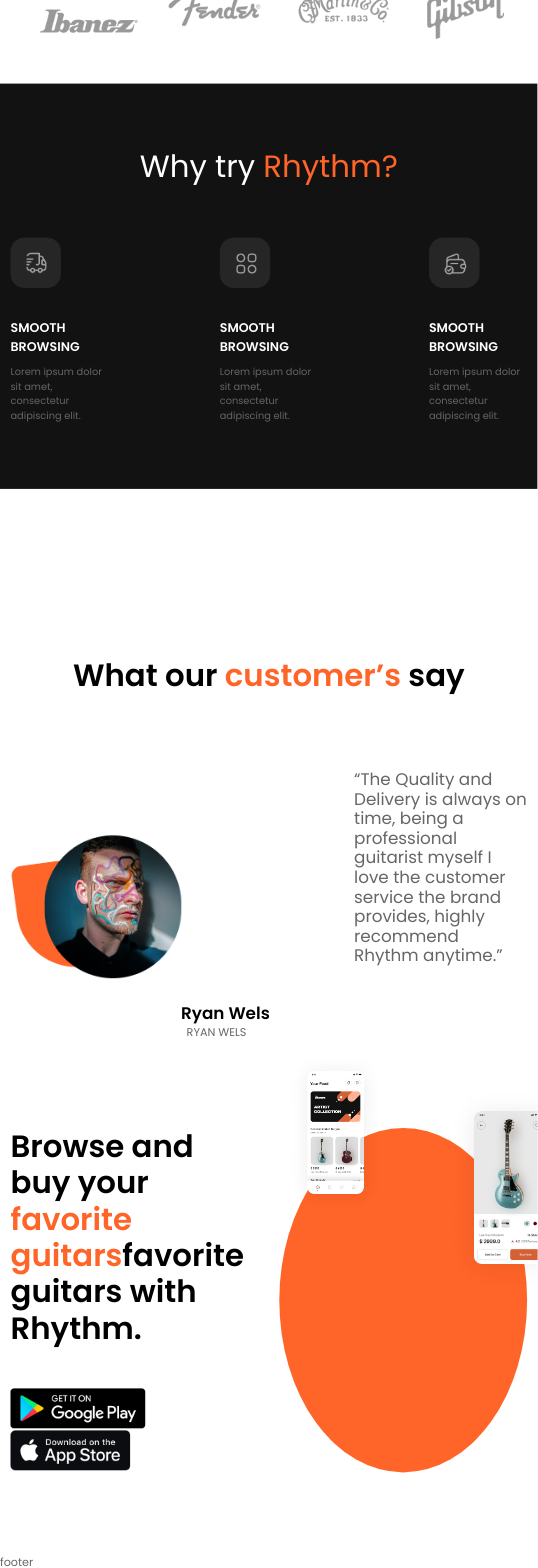
Repository: MorgunovaAlexandra/verstka-gitare-store
Page: index.html
An editor plug-in stored every save of this project. The page is shown before and after a run of saves, followed by the edit.
The browser window is 768 px wide. The pictures show the part of the page from y = 3388 to 5628 px (the page is 5628 px tall), at 70% of full size.

Above is the page before, as saved 2022-06-11 20:28:12.

### index.html
<!DOCTYPE html>
<html lang="en">
<head>
    <meta charset="UTF-8">
    <meta http-equiv="X-UA-Compatible" content="IE=edge">
    <meta name="viewport" content="width=device-width, initial-scale=1.0">
    <link rel="stylesheet" href="./style.css">
    <title>Document</title>
</head>
<body>
    <div class="wrapper">
        <header class="header">
            <div class="header__container _container">
                <a href="" class="header__logo">
                    <img src="./img/logo.svg" alt="">
                </a>
                <nav class="header__menu menu">
                    <ul class="menu__list">
                        <li class="menu__item">
                            <a href="" class="menu__link">Store</a>
                        </li>
                        <li class="menu__item">
                            <a href="" class="menu__link">Collections</a>
                        </li>
                        <li class="menu__item">
                            <a href="" class="menu__link">Support</a>
                        </li>
                    </ul>
                </nav>
            </div>
        </header>
        <main class="page">
            <section class="page__main main">
                <div class="main__container _container">
                    <div class="main__content">
                        <h1 class="main__title">Browse top quality <span>Guitars</span> online</h1>
                        <p class="main__text">Explore 50k+ latest collections of branded guitars online with Rhythm.</p>
                        <div class="main_actions actions-main">
                            <a href="" class="actions-main__button">Get the App</a>
                            <div class="actions-main__icon"><img src="./img/Group.png" alt="playMarket"></div>
                            <div class="actions-main__icon"><img src="./img/Apple logo.png" alt="apple"></div>
                        </div>
                    </div>
                    <div class="main_decor decor-main">
                        <div class="decor-main__image">
                            <img  src="./img/unsplash_H6j0Zsy91WY.png"alt="Main">
                        </div>
                    </div>
                </div>
            </section>
            <section class="page_store store">
               <div class="store_container _container">
                   <h2 class="store_title _title">
                    Check out the <span>Store</span>
                   </h2>
                   <div class="store__body body-store">
                       <div class="body-store__header">
                           <div class="body-store__title">NEW ON THE BOARD</div>
                           <a class="body-store__all">view all</a>
                       </div>
                       <div class="body-store__items">
                           <div class="body-store__item item">
                             <a href="" class="item__image">
                                 <img class="img-gitara" src="./img/1gitara.jpg" alt="gitare">
                             </a>
                             <div class="item__title">The Essential Les Paul</div>
                             <div class="item__price">$1,299.00</div>
                           </div>
                           <div class="body-store__item item">
                            <a href="" class="item__image">
                                <img  class="img-gitara" src="./img/2gitare.jpg" alt="gitare">
                            </a>
                            <div class="item__title">J-45 Standard</div>
                            <div class="item__price">$1,699.00</div>
                          </div>
                          <div class="body-store__item item">
                            <a href="" class="item__image">
                                <img  class="img-gitara" src="./img/3gitare.jpg" alt="gitare">
                            </a>
                            <div class="item__title">Hummingbird Standard</div>
                            <div class="item__price">$2,099.00</div>
                          </div>

                       </div>
                    <div class="body-store__header he">
                        <div class="body-store__title">TOP SELLING</div>
                        <a class="body-store__all">view all</a>
                    </div>
                       <div class="body-store__items">
                        <div class="body-store__item item">
                            <a href="" class="item__image">
                                <img class="img-gitara" src="./img/4gitare.jpg" alt="gitare">
                            </a>
                            <div class="item__title">Active Precision Bass® PH V</div>
                            <div class="item__price">$4,199.00</div>
                        </div>
                        <div class="body-store__item item">
                            <a href="" class="item__image">
                                <img class="img-gitara" src="./img/5gitare.jpg" alt="gitare">
                            </a>
                            <div class="item__title">Redondo Special</div>
                            <div class="item__price">$2,800.00</div>
                        </div>
                        <div class="body-store__item item">
                            <a href="" class="item__image">
                                <img class="img-gitara" src="./img/6gitare.jpg" alt="gitare">
                            </a>
                            <div class="item__title">Professional II Stratocaster®</div>
                            <div class="item__price">$3,199.00</div>
                        </div>
                      </div>
                   </div>
               </div>
            </section>
            <section class="page_categories categories">
              <div class="categories__container _container">
                <h2 class="categories__title _title">
                    Choose based on <span>Categories</span>
                </h2>
                <div class="categories__items">
                   <div class="categories__item item">

                       <img class="item__img" src="./img/categories/Rectangle 139.jpg">
                        <h2 class="item__titlee ">Acoustic</h2>
                   </div>
                   <div class="categories__item item">
                    <img class="item__img" src="./img/categories/Rectangle 140.jpg">
                     <h2 class="item__titlee">Acoustic</h2>
                </div>
                <div class="categories__item item">
                    <img class="item__img" src="./img/categories/Rectangle 141.jpg">
                     <h2 class="item__titlee">Acoustic</h2>
                </div>
                <div class="categories__item item">
                    <img class="item__img" src="./img/categories/Rectangle 142.jpg">
                     <h2 class="item__titlee">Acoustic</h2>
                </div>
                </div>
              </div>

            </section>
            <section class="page__brand brand">
                <div class="brand__container _container">
                    <h2 class="brand__title _title">Featuring the <span>Best Brands</span></h2>

                <div class="brand__items">
                   <div class="brand__item item">
                      <img src="./img/brand/Frame.jpg" alt="brand">
                   </div>
                  <div class="brand__item item">
                    <img src="./img/brand/Group.jpg" alt="brand">
                  </div>
                  <div class="brand__item item">
                    <img src="./img/brand/Group.png" alt="brand">
                  </div>
                  <div class="brand__item item">
                    <img src="./img/brand/Group — копия.png" alt="brand">
                  </div>
                  <div class="brand__item item">
                    <img src="./img/brand/image 3.png" alt="brand">
                  </div>
                  <div class="brand__item item">
                    <img src="./img/brand/image 4.png" alt="brand">
                  </div>
                  <div class="brand__item item">
                    <img src="./img/brand/image 6.png" alt="brand">
                  </div>
                  <div class="brand__item item">
                    <img src="./img/brand/image 8.png" alt="brand">
                  </div>
                </div>
                </div>
            </section>
            <section class="page__rhuthm rhuthm _black">
               <div class="rhuthm__container _container">
                   <div class="rhuthm__title _title">Why try<span> Rhythm?</span></div>
                   <div class="rthuthm__items">
                       <div class="rthuthm__item item">
                           <div class="img_rthuthm">
                            <img class="img-group" src="./img/vidget/group.png">
                            <img class="item__vidget-img" alt="vidget" src="./img/vidget/Rectangle 135.png">
                           </div>
                           <h2 class="item__title-vidget">Smooth Browsing</h2>
                           <div class="item__text-vidget">Lorem ipsum dolor sit amet, consectetur adipiscing elit.</div>
                       </div>
                       <div class="rthuthm__item item">
                        <div class="img_rthuthm">
                            <img class="img-group" src="./img/vidget/category-2.png">
                             <img class="item__vidget-img" alt="vidget" src="./img/vidget/Rectangle 136.png">
                        </div>
                        <h2 class="item__title-vidget">Smooth Browsing</h2>
                        <div class="item__text-vidget">Lorem ipsum dolor sit amet, consectetur adipiscing elit.</div>
                    </div>
                    <div class="rthuthm__item item">
                        <div class="img_rthuthm">
                            <img class="img-group" src="./img/vidget/empty-wallet-tick.png">
                             <img class="item__vidget-img" alt="vidget" src="./img/vidget/Rectangle 137.png">
                        </div>
                        <h2 class="item__title-vidget">Smooth Browsing</h2>
                        <div class="item__text-vidget">Lorem ipsum dolor sit amet, consectetur adipiscing elit.</div>
                    </div>
                   </div>
               </div>
            </section>
            <section class="page__castomers castomers">
                <div class="castomers__container _container">
                      <h2 class="castomers__title _title">What our <span>customer’s</span> say</h2>

                <div class="castomers__body ">

                        <img class="body__img" src="./img/castomers/Group 5203.png" alt="chel">

                    <div class="body__text">
                        <div class="body__text-text">“The Quality and Delivery is always on time, being a professional guitarist myself I love the customer service the brand provides, highly recommend Rhythm anytime.”</div>
                        <div class="body__name">Ryan Wels</div>
                        <div class="body__prof">Ryan Wels</div>
                    </div>
                </div>
            </div>
            </section>
            <section class="page__browse browse">
                 <div class="browse__container _container">
                    <div class="browse__block1">
                        <div class="browse__title _title">Browse and buy your <span>favorite guitars</span>favorite guitars with Rhythm.</div>
                        <img class="img-mobil" src="./img/browse/Mobile app store badge.png" alt="brows">
                        <img class="img-mobil" src="./img/browse/Mobile app store badge — копия.png" alt="brows">
                    </div>
                    <div class="browse__block2">
                        <img class="browse_img-1" src="./img/browse/guitar s1.png">
                        <img class="browse_img-2" src="./img/browse/guitar s3.png">
                    </div>

                 </div>
            </section>
        </main>
        <footer class="footer">footer</footer>
    </div>

</body>
</html>

### style.css
@import url('https://fonts.googleapis.com/css2?family=Poppins:wght@400;500;600&display=swap');
*,*::before,*::after{
    margin: 0;
    padding: 0;
    box-sizing: border-box;
    border: none;
}
html,body{
    height: 100%;
    min-width: 320px;
}
body{
    line-height: 1;
    font-family: Poppins;
    font-size: 16px;
    color:#666666;
}
ul{}
li{
    list-style: none;
}
a{
    text-decoration: none;
    color:#666666;
    font-weight: 500;

}
/*-----------------------------------*/
._container{
    max-width: 1230px;
    margin: 0 auto;
    padding: 0px 15px;
}
._title{
    font-size: 44px;
    line-height: 52px;
    color:black
}
._title span{
    color:#FF6428
}
/*-----------------------------------*/
.wrapper{
    display: flex;
    flex-direction: column;
    min-height: 100%;
    overflow: hidden;
}

/*------------------header------------------*/
.header__container{
    display: flex;
    gap:131px;
    min-height: 152px;
    align-items: center;
}
.header__logo{

}
.menu__list{
    display: flex;
    gap:56px;
}
.menu__item{
padding: 5px;
background-color:rgba(255,255,255,0.5);
}
.header{
    position: absolute;
    top:0;
    left: 0;
    width: 100%;
    z-index: 20;
}
@media(max-width:1092px) {
    .header__container{
        gap:50px;
        min-height: 100px;
    }
    .menu__list{
        gap:40px;
    }
}
@media(max-width:768.98px){
    .header__container{
        min-height: 50px;
    }
}
@media(max-width:479.98px){
    .menu__list{
        gap:20px
    }
    .header__logo{
        width: 28px;
        overflow: hidden;
        flex: 0 0 28px
    }
    .header__container{
        gap:20px;
    }
    .menu{
        padding: 0;
    }
}
/*------------------main------------------*/
.page{
    flex:1 1 auto
}
.page__main {
}
.main {
    padding-bottom: 80px;
}
.main__container {
    display: flex;
}
._container {
}
.main__content {
    display: flex;
    flex-direction: column;
    justify-content: space-between;
    flex:1 1 50%;
    align-self: flex-end;
    padding-bottom: 60px;
    padding-top: 120px;
    padding-right: 20px;
}
.main__title {
    font-size: 3.5rem;
    line-height: 67px;
    color:black;
    margin-bottom: 16px;
}
.main__title span{
    color:#FF6428
}
.main__text {
    margin-bottom: 34px;
    font-size: 1.5rem;
}
.main_actions {
}
.actions-main {
    display: flex;
    gap: 40px;
    align-items: center;
}
.actions-main__button {
    background-color: #FF6428;
    color:white;
    padding: 18px 48px;
    border-radius: 40px;
    text-align: center;
    transition: all 0.3s ease 0s;
}
.actions-main__button:hover{
    background-color:#b03808
}
.actions-main__icon {
}
.main_decor {
    flex:1 1 50%
}
.decor-main {
}
.decor-main__image {
    margin-right: -135px;
    position: relative;


}
.decor-main__image img{
    max-width: 672px;
}
.decor-main__image::after{
    content: "";
    background: url("./img/Group\ 5189.png");
    width: 80px;
    height: 80px;
    position: absolute;
    right: 36%;
    bottom: 0;
    transform: translate(0,50%);
}
@media(max-width:1092px){
    .decor-main__image img{
        width: 100%;

    }
    .main__content {
        flex:0 0 60%;
        padding-bottom: 0;
    }
    .main_decor {
        flex:0 0 40%
    }
}
@media(max-width:767.97px){
    .main_decor {
        display: none;
    }
    .main__content {
        flex: 1 1 100%;
        padding-right: 0;
        padding-top: 80px;
    }
    .main__title {
        font-size: 44px;
    }
}
@media(max-width:497.98px){
    .actions-main__button {
        flex:1 1 100%;
    }
    .actions-main__icon {
        display: none;
    }
}
/*-----------SECTION2--------------*/
.store_title{
    text-align: center;
    margin-bottom: 92px;
}

.page_store {
}
.store {
    padding-top: 80px;
    padding-bottom: 90px;
}
.store_container {
}
._container {
}


.store__body {
}
.body-store {
}
.body-store__header {
    display: flex;
    justify-content: space-between;
    gap:15px;
    margin-bottom: 32px;
}
.body-store__title {
    font-size: 20px;
    line-height: 30px;
    color:black;
    font-weight: 600;
}
.body-store__all {
    font-weight: 500;
    font-size: 20px;
}
.body-store__items{
    display: flex;
    justify-content: space-between;
    flex-wrap: wrap;
    margin-bottom: 102px;
}
.item__title{
    font-size: 16px;
    font-weight: 500;
    color:#121212;
    line-height: 24px;
    margin-bottom: 7px;
}
.item__price{
    font-size: 14px;
    line-height: 21px;
    font-weight: 400;
}
.item__image{
    padding-bottom: 40px;

}
.img-gitara{
    max-width: 364px;
}
@media(max-width:767.97px){
    .he{
        display: none;
    }
    .item{
        max-width: 50%;
    }
    .img-gitara{
        width: 100%;
    }
}
@media(max-width:497.98px){
    .he{
        display: none;
    }
    .item{
        max-width: 90%;
    }
    .img-gitara{
        width: 100%;
    }
    .body-store__items{
        justify-content: center;
    }
    .body-store__items{
        margin-bottom: 0;
    }
    .store_title {
        margin-bottom: 10px;
    }
    .store {
        padding-top: 0px;
    }
    .body-store__title {
        font-size: 16px;
    }
    .main{
        padding-bottom: 18px;
    }
}


/*----------SECTION3----------------------*/
.categories__items{
    display: flex;
    justify-content: space-around;
    flex-wrap: wrap;
}
.categories__title{
    text-align: center;
    margin-bottom: 80px;
}
.categories__item{
    position: relative;
    padding: 10px;
}
.item__titlee{
    position: absolute;
    top:80%;
    left: 30px;
    color:white;
    font-weight: 600;
    font-size: 20px;
}
.page_categories{
    padding-bottom: 110px;
}
/*----------------------------SECTION BRAND------------*/
.page__brand{

}
.brand__title{
    text-align: center;
    margin-bottom: 96px;
}
.brand__items{
    display: flex;
    justify-content: space-between;
    flex-wrap: wrap;
}
.brand__item{
    width: 25%;
    padding: 40px;
}
@media(max-width:767.97px){
    .brand__item{
        width: 30%;
        padding: 20px;
}
}
@media(max-width:497.98px){
    .brand__item{
        width: 40%;
        padding: 7px;
    }
}
/*---------------------SECTION BLACK--------------------*/

._black{
    background-color: #121212;
}
.page__rhuthm{
    padding-bottom: 94px;
}
.rthuthm__items{
    display: flex;
    justify-content: space-between;
    flex-wrap: wrap;
}
.rhuthm__title{
    color:white;
    text-align: center;
    padding-top: 93px;
    padding-bottom: 75px;
}
.img_rthuthm{
    position: relative;
    margin-bottom: 40px;
}
.img-group{
    position: absolute;
    top:21px;
    left: 22px;
}
.item__title-vidget{
    color:white;
    font-weight: 600;
    font-size: 18px;
    text-transform: uppercase;
    line-height: 27px;
    margin-bottom: 12px;
}
.item__text-vidget{
    color:#666666;
    font-weight: 400;
    font-size: 14px;
    line-height: 21px;

}
.rthuthm__item{
    width: 19%;
}
@media(max-width:497.98px){
    .rthuthm__item{
        width: 80%;
    }
    .rthuthm__items{
        justify-content: center;
        align-items: center;
    }

    .img_rthuthm {
        margin-bottom: 0;
    }
    .item__text-vidget {
        margin-bottom: 15px;
    }
    .page__rhuthm{
        padding-bottom: 30px;
    }
}
/*---------------------SECTION-CASTOMERS---------*/
.page__castomers{
    padding-bottom: 120px;
}
.castomers__title{
    text-align: center;
    padding-top: 240px;
}
.castomers__body{
    display: flex;
    justify-content: space-around;
    align-items: center;
    margin-top: 109px;

}

.body__text-text{
    width: 50%;
    font-weight: 400;
    line-height: 28px;
    font-size: 24px;
    margin-bottom: 56px;
}
.body__img{
    width: 33%;
}
.body__text{
    display: flex;
    flex-direction: column;

align-items: flex-end;
}
.body__name{
    align-self: flex-start;
    font-weight: 600;
    font-size: 24px;
    color:#000000;
}
.body__prof{
    text-transform: uppercase;
    align-self: flex-start;
    padding: 8px;
}
@media(max-width:767.97px){
    .castomers__title {
        padding-top: 10px;
    }
    .body__img{
        width: 26%;
    }
    .body__text-text{
        margin-bottom: 30px;
    }
    .body__text-text{
        width: 90%;
    }
    .castomers__body{
        align-items: center;
    }
    .body__prof{
        display: none;
    }
    .body__name{
        display: none;
    }
    .page__castomers{
        padding-top: 20px;
    }
}
@media(max-width:497.98px){
    .castomers__body{
        margin-top: 10px;
    }
    .body__img{
        display: none;
    }
    .body__text-text{
        width: 97%;
    }

}
/*----------------SECTION------BREWSE----------*/
.browse__container{
    display: flex;
    justify-content: space-between;
}
.browse__block1{
    width: 40%;
}
.browse__block2{
    width: 48%;
    background-color: #FF6428;
    border-radius: 60%;
    position: relative;
}
.browse_img-1{
    position: absolute;
    top:-60px;
    left: 240px;
    width: 50%;
}
.browse_img-2{
    position: absolute;
    top:-110px;
    left: 10px;
    width: 40%;
}
.page__browse{
    padding-bottom: 120px;
}
.browse__title{
    padding-bottom: 60px;
    font-weight: 600;
}
@media(max-width:995.97px){
    .browse_img-1{{

    }
}
@media(max-width:767.97px){
    .browse__block2{
        display: none;
    }
    .browse__container{
       justify-content: center;
    }
    .browse__block1{
        width: 90%;
    }
    .img-mobil{
        margin-left: 50px;
        margin-right: 50px;
    }
    .page__castomers {
        padding-bottom: 20px;
    }
}

After the next 5 saves:
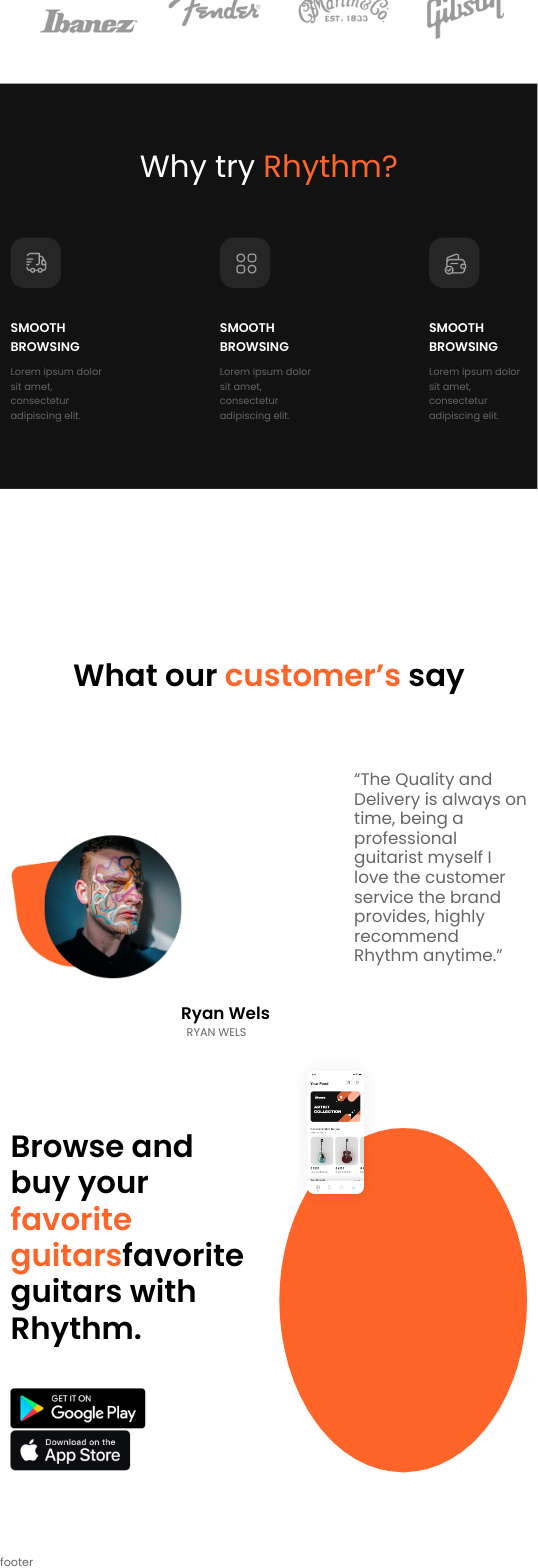
The 5 saves are shown as one change because they came seconds apart.
The last was saved 11 s later.
--- a/style.css
+++ b/style.css
@@ -556,8 +556,8 @@
     font-weight: 600;
 }
 @media(max-width:995.97px){
-    .browse_img-1{{
-
+    .browse_img-1{
+    display: none;
     }
 }
 @media(max-width:767.97px){
